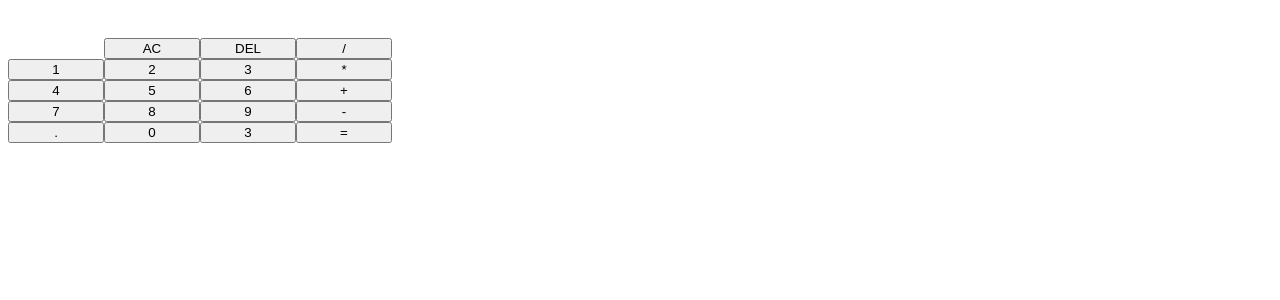
Repository: khadergw/calculator
Page: / (app in calculator/)
The author's editor kept a copy of each file at every save. The page is drawn from the files as they stood at one save, then again after the next save.
The browser window is 1280 px wide. The pictures show the whole page.
The project was rebuilt for these pictures with package versions that can differ from the ones it lists, and the page was loaded fresh each time. Also part of the build but not shown: calculator/src/App.css.

Above is the page before, as saved 2022-09-10 23:17:11.

### calculator/src/App.js
import './App.css';
import './styles.css';

function App() {
  return (
    <div className="CalGrid">
      <div className='output'>
        <div className='prevOper'></div>
        <div className='currOper'></div>
      </div>
      <button className='wider'>AC</button>
      <button>DEL</button>
      <button>/</button>
      <button>1</button>
      <button>2</button>
      <button>3</button>
      <button>*</button>
      <button>4</button>
      <button>5</button>
      <button>6</button>
      <button>+</button>
      <button>7</button>
      <button>8</button>
      <button>9</button>
      <button>-</button>
      <button>.</button>
      <button>0</button>
      <button>3</button>
      <button className='wider'>=</button>


    </div>
  );
}

export default App;

### calculator/src/styles.css
.CalGrid {
  display: grid;
  margin-top: 3%;
  grid-template-columns: repeat(4, 6rem);
}

Loaded but not shown: calculator/public/index.html (common file); calculator/src/index.js (common file)

After the next save:
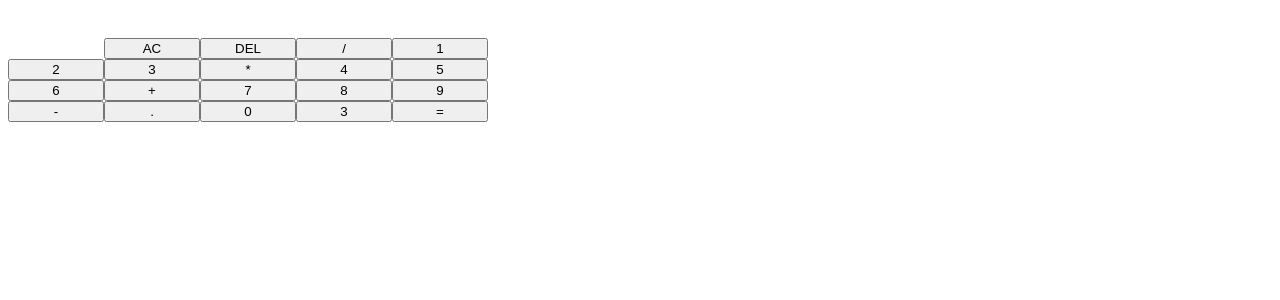
Saved 8 s later.
--- a/calculator/src/styles.css
+++ b/calculator/src/styles.css
@@ -1,5 +1,5 @@
 .CalGrid {
   display: grid;
   margin-top: 3%;
-  grid-template-columns: repeat(4, 6rem);
+  grid-template-columns: repeat(5, 6rem);
 }
